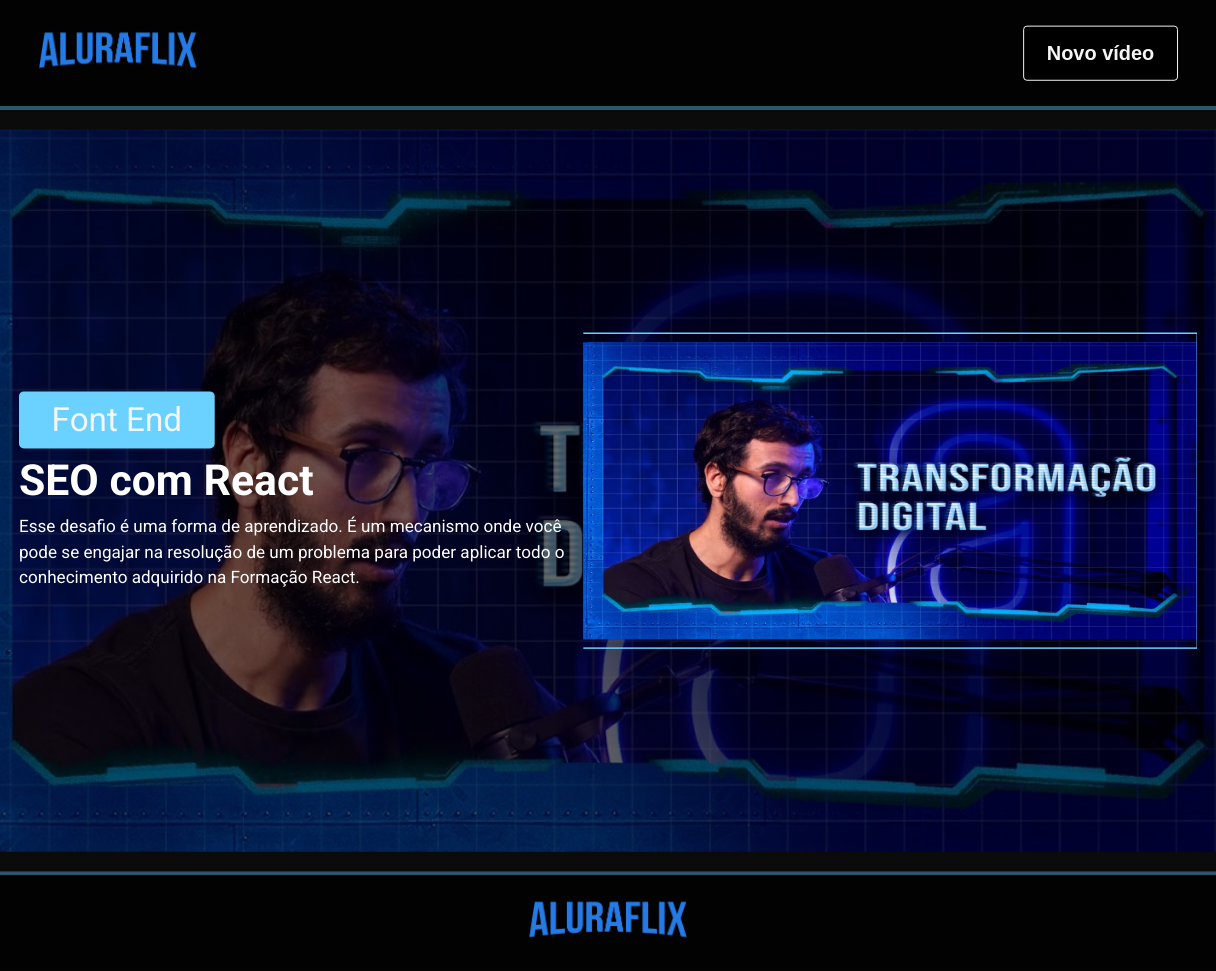
Repository: CarlosEduardoVdeOliveira/aluraflix
Page: /
An editor plug-in stored every save of this project. The page is shown before and after the next save, followed by the edit.
The browser window is 1280 px wide. The pictures show the whole page, at 95% of full size.
The project was rebuilt for these pictures with package versions that can differ from the ones it lists, and the page was loaded fresh each time. Also part of the build but not shown: vite.config.js, src/pages/RegisterVideo/index.jsx, src/pages/RegisterCategory/index.jsx.

Above is the page before, as saved 2023-09-20 14:47:55.

After the next save:
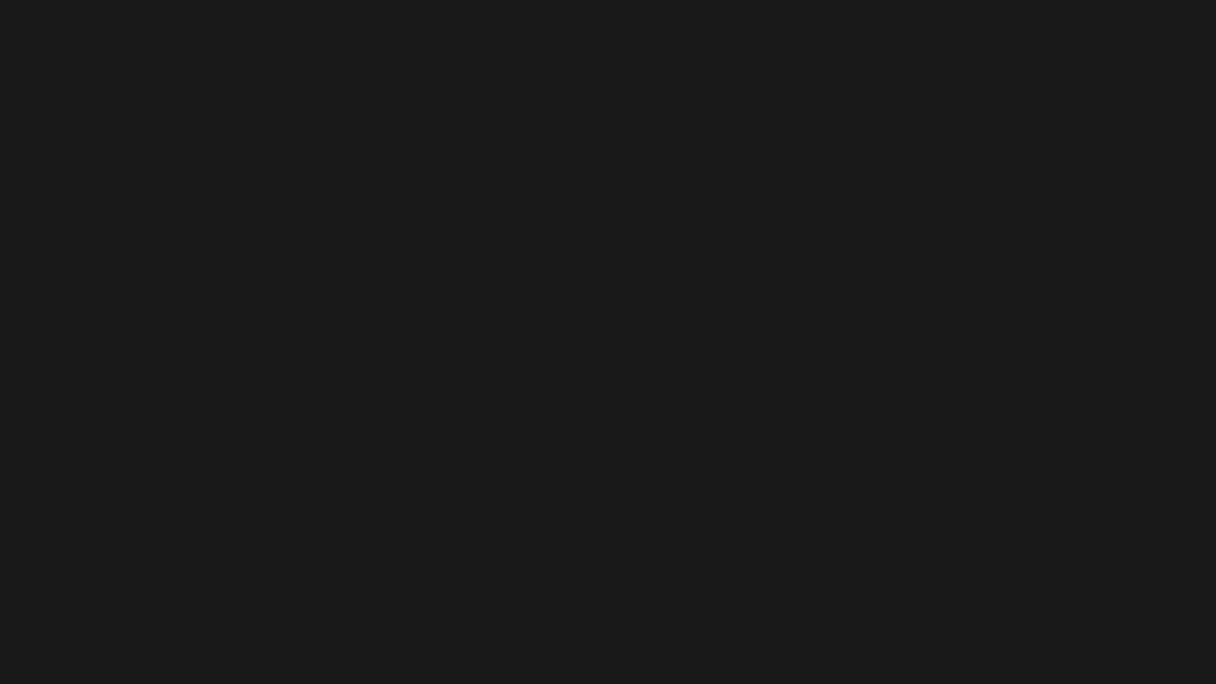
Console error: TypeError: db_default.forEach is not a function
Saved 8 s later.
--- a/src/components/Card/index.jsx
+++ b/src/components/Card/index.jsx
@@ -5,7 +5,7 @@ import { useState } from 'react'
 
 // eslint-disable-next-line react/prop-types
 export default function Card({border}) {
-  const [videos, setVideos] = useState([])
+  const [video, setVideo] = useState([])
   return (
     <section className={styles.container}>
       {

After the 2 saves that followed:
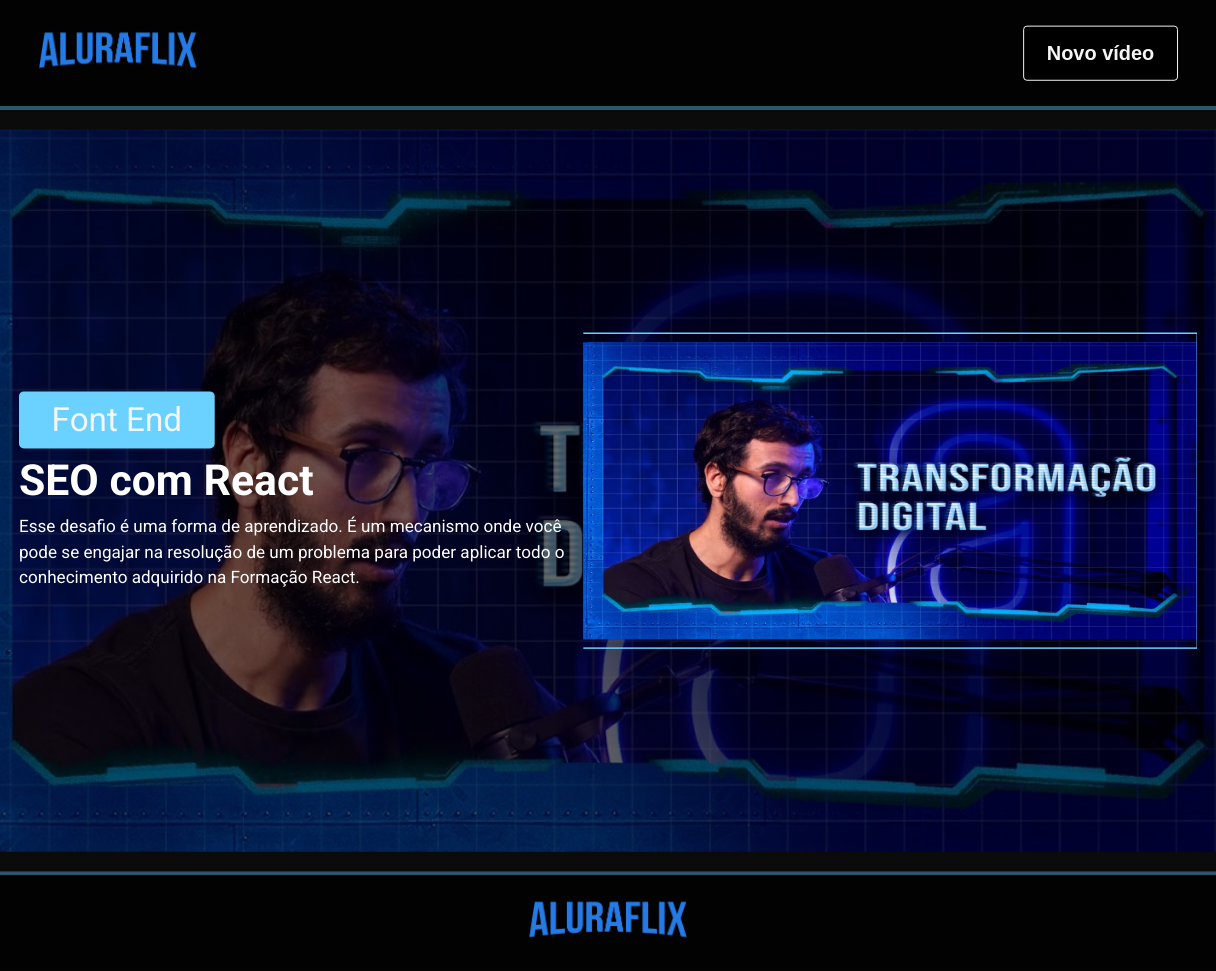
The error is gone.
The 2 saves are shown as one change because 1 did not build or start.
The last was saved 33 s later.
--- a/src/json/db.json
+++ b/src/json/db.json
@@ -1,5 +1,5 @@
-{
-  "videos": [
+
+  [
   {
     "id": 1,
     "name": "Homem-Aranha - Sem Volta Para Casa",
@@ -121,4 +121,3 @@
     "description": "Descrição qualquer"
   }
 ]
-}
